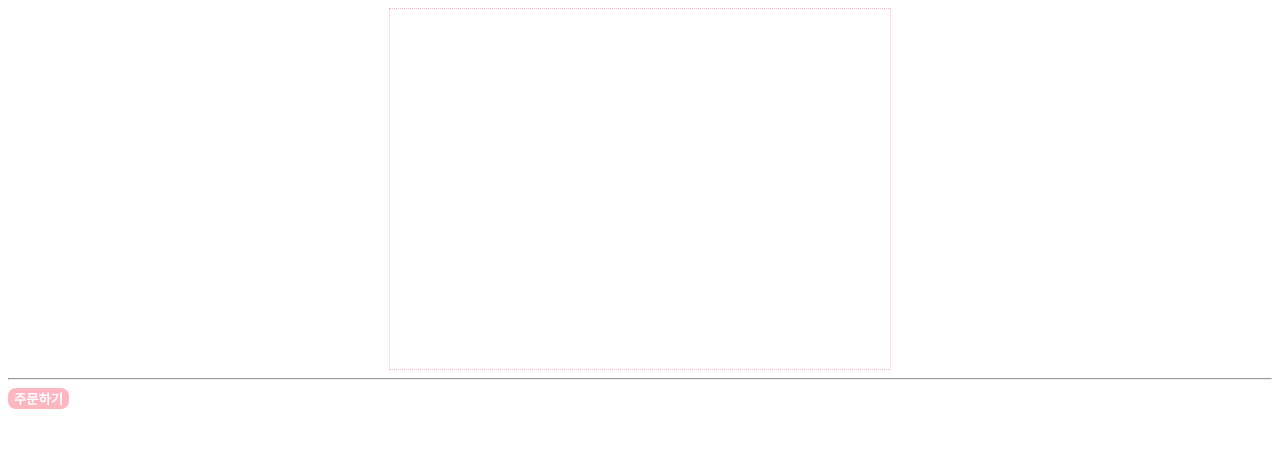
Repository: sehyeongrace/web-workspace
Page: BurgerKingProject/src/main/webapp/index.html
These files come from the project's save history. The page is drawn as it stood at one moment and after the next save; the edit follows.
The browser window is 1280 px wide. The pictures show the whole page.

Above is the page before, as saved 2025-03-07 07:22:19.

### BurgerKingProject/src/main/webapp/index.html
<!DOCTYPE html>
<html>
<head>
<meta charset="UTF-8">
<title>Insert title here</title>
<style>
	h1{
		color:orangered;
		text-align:center;
		font-size:80px;
		width : 500px;
		height : 360px;
		border : 1px dotted lightpink;
		margin : auto;
		line-height : 360px;


	}
	button{
		width :
		height : 40px;
		font-weight : bold;
		font-size : 18x;
		border : none;
		background : lightpink;
		color : white;
		border-radius : 8px;

		&:hover{
			cursor : pointer;
		}
	}
</style>
</head>
<body>
	<h1></h1>

	<hr>
	<button>주문하기</button>

</body>
</html>

After the next save:
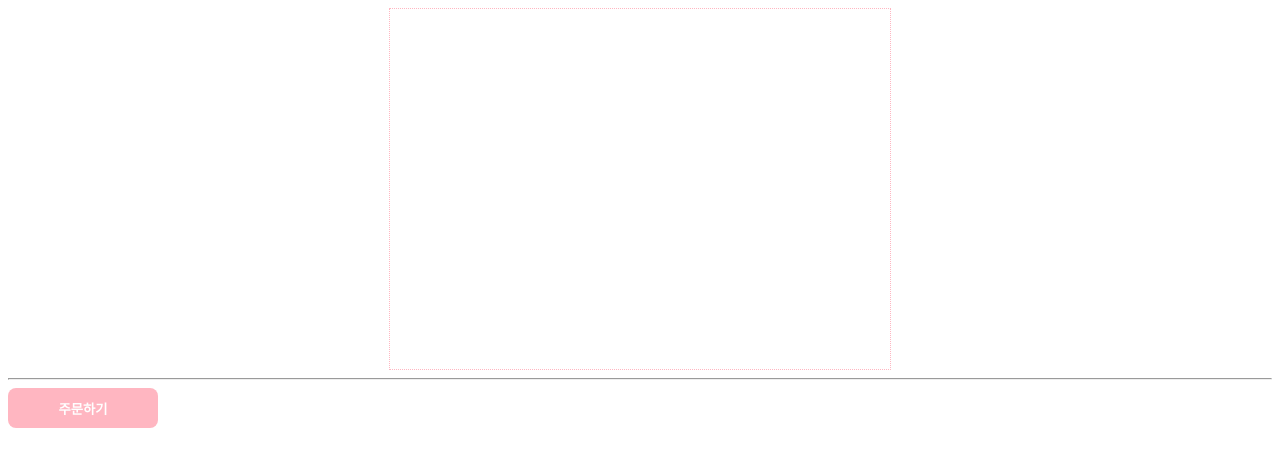
Saved 9 s later.
--- a/BurgerKingProject/src/main/webapp/index.html
+++ b/BurgerKingProject/src/main/webapp/index.html
@@ -17,7 +17,7 @@
 
 	}
 	button{
-		width :
+		width : 150px;
 		height : 40px;
 		font-weight : bold;
 		font-size : 18x;
